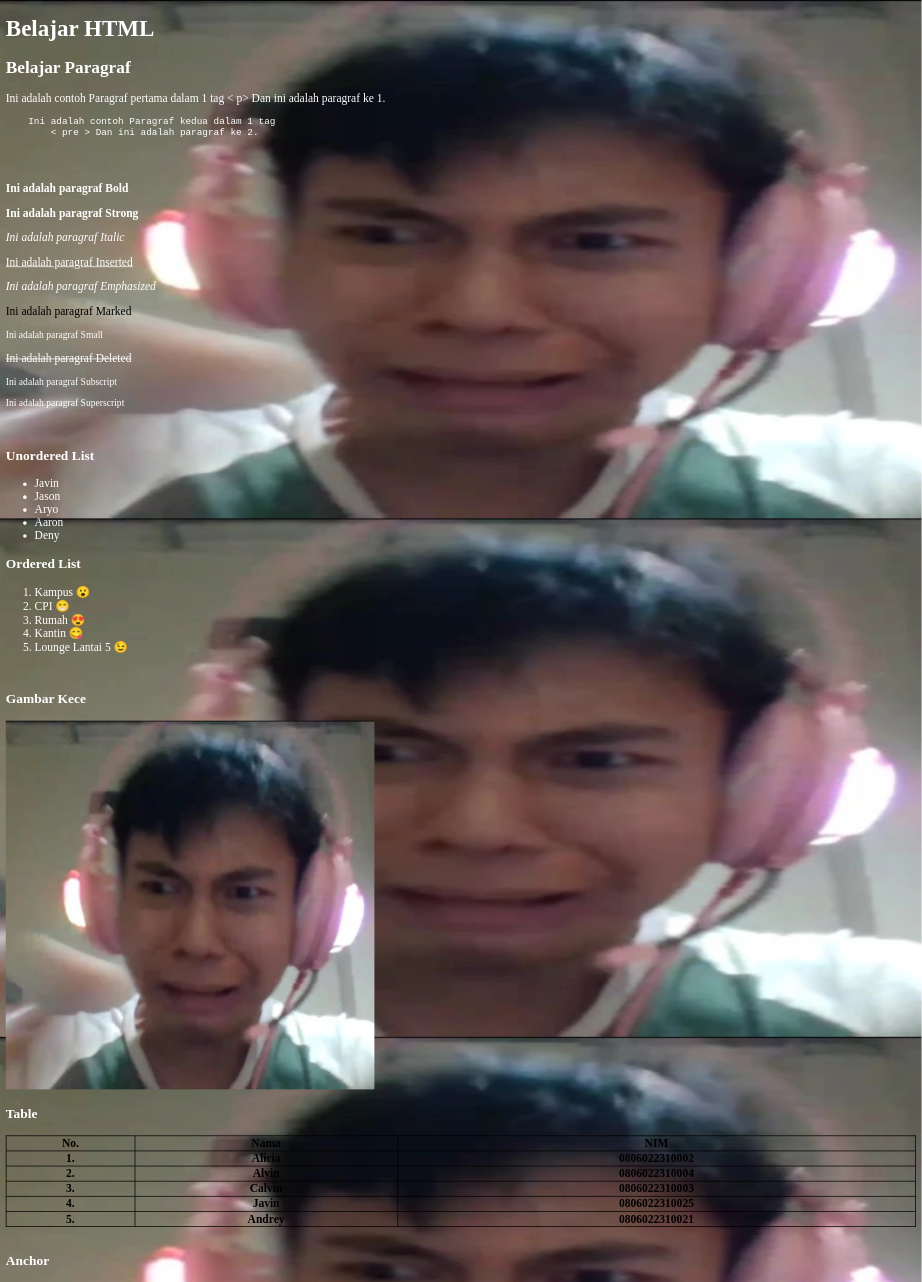
Repository: Gibekkk/WebPro
Page: Tugas HTML 1/index.html
The author's editor kept a copy of each file at every save. The page is drawn from the files as they stood at one save, then again after the next save.
The browser window is 1280 px wide. The pictures show the whole page, at 72% of full size.
Backgrounds fixed to the window are drawn as part of the page.

Above is the page before, as saved 2024-03-25 10:37:15.

### Tugas HTML 1/index.html
<!DOCTYPE html>
<html lang="en">

<head>
    <meta charset="UTF-8">
    <meta name="viewport" content="width=device-width, initial-scale=1.0">
    <title>Document</title>
    <style>
        table,
        td,
        tr,
        th {
            border: 1px solid black;
            color: black;
            font-weight: 600;
            border-collapse: collapse;
        }

        table {
            width: 100%;
            text-align: center;
        }
    </style>
</head>

<body style="background-image: url(javin.jpg); background-repeat: no-repeat; background-size: 100%; background-attachment: fixed; color: white">
    <h1>Belajar HTML</h1>
    <h2>Belajar Paragraf</h2>
    <p>Ini adalah contoh Paragraf pertama dalam 1 tag
        < p> Dan ini adalah paragraf ke 1.</p>
    <pre>
    Ini adalah contoh Paragraf kedua dalam 1 tag
        < pre > Dan ini adalah paragraf ke 2.
    </pre>
    <br>

    <b>
        <p>Ini adalah paragraf Bold</p>
    </b>
    <strong>
    <p>Ini adalah paragraf Strong</p>
    </strong>
    <i>
    <p>Ini adalah paragraf Italic</p>
    </i>
    <ins>
    <p>Ini adalah paragraf Inserted</p>
    </ins>
    <em>
    <p>Ini adalah paragraf Emphasized</p>
    </em>
    <mark>
        <p>Ini adalah paragraf Marked</p>
    </mark>
    <small>
        <p>Ini adalah paragraf Small</p>
    </small>
    <del>
        <p>Ini adalah paragraf Deleted</p>
    </del>
    <sub>
        <p>Ini adalah paragraf Subscript</p>
    </sub>
    <sup>
        <p>Ini adalah paragraf Superscript</p>
    </sup>
    <br>

    <h3>Unordered List</h3>
    <ul>
        <li>Javin</li>
        <li>Jason</li>
        <li>Aryo</li>
        <li>Aaron</li>
        <li>Deny</li>
    </ul>
    <h3>Ordered List</h3>
    <ol>
        <li>Kampus 😮</li>
        <li>CPI 😁</li>
        <li>Rumah 😍</li>
        <li>Kantin 😋</li>
        <li>Lounge Lantai 5 😉</li>
    </ol>
    <br>

    <h3>Gambar Kece</h3>
    <img src="javin.jpg" alt="Javin" title="Javin">
    <br>

    <h3>Table</h3>
    <table>
        <tr>
            <th>No.</th>
            <th>Nama</th>
            <th>NIM</th>
        </tr>
        <tr>
            <td>1.</td>
            <td>Alicia</td>
            <td>0806022310002</td>
        </tr>
        <tr>
            <td>2.</td>
            <td>Alvin</td>
            <td>0806022310004</td>
        </tr>
        <tr>
            <td>3.</td>
            <td>Calvin</td>
            <td>0806022310003</td>
        </tr>
        <tr>
            <td>4.</td>
            <td>Javin</td>
            <td>0806022310025</td>
        </tr>
        <tr>
            <td>5.</td>
            <td>Andrey</td>
            <td>0806022310021</td>
        </tr>
    </table>
    <br>

    <h3>Anchor</h3>
    <a></a>
</body>

</html>

After the next save:
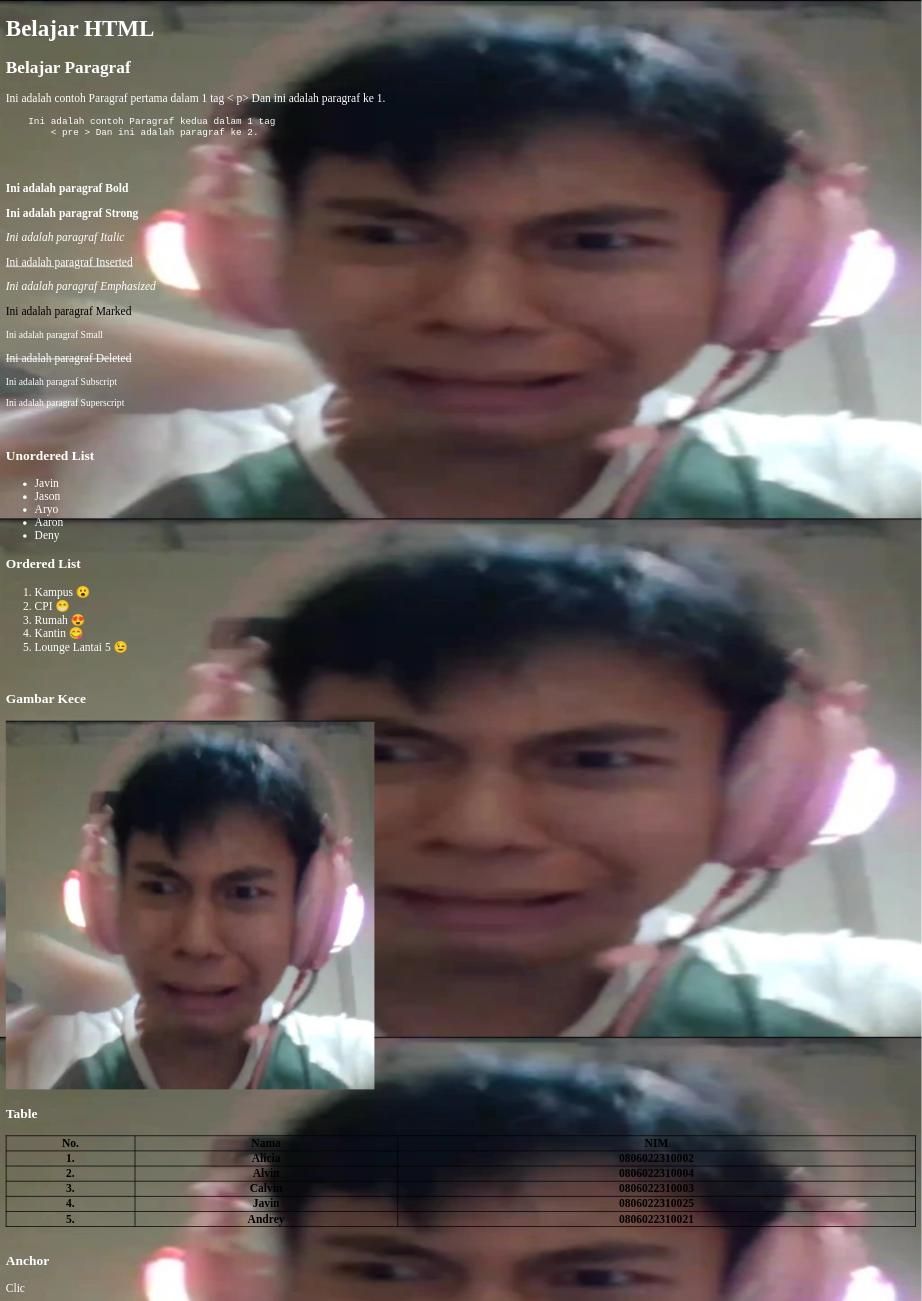
Saved 4 s later.
--- a/Tugas HTML 1/index.html
+++ b/Tugas HTML 1/index.html
@@ -124,7 +124,7 @@
     <br>
 
     <h3>Anchor</h3>
-    <a></a>
+    <a>Clic</a>
 </body>
 
 </html>
